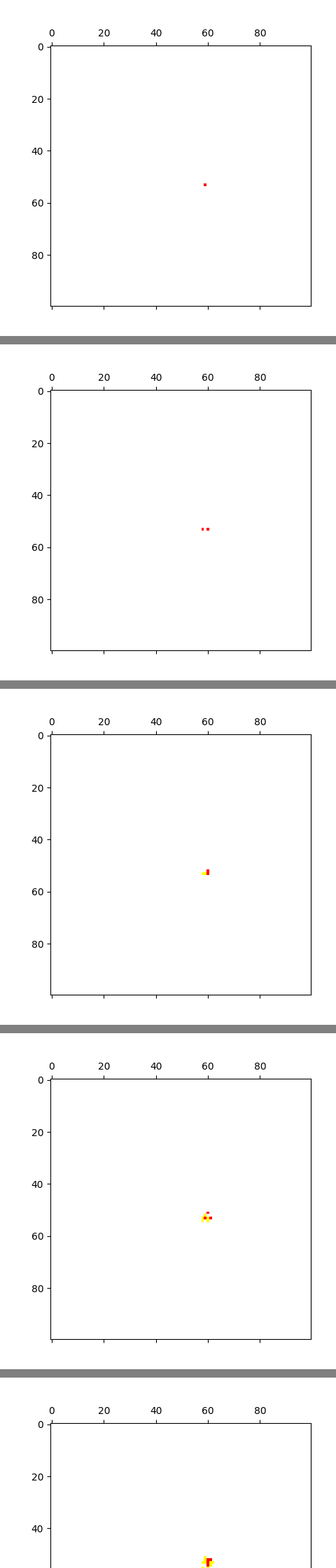
Repository: eduardodut/Trabalho_final_estatistica_cd
Script's output: python src/Simulador.py
The author's editor kept a copy of each file at every save. The script's output is drawn from the files as they stood at one save, then again after the next save.
The pictures show rows 0 to 2240 of an output 3924 px tall, at 70% of full size.
Each picture stacks the figures in order, with grey between them; figures that are only written to a file come last. The script is stopped after its 8th figure. Random numbers start from a fixed seed.

Above is the script's output before, as saved 2020-07-10 19:13:43.

### src/Simulador.py
import pandas as pd
import numpy as np
from Matriz_esferica import Matriz_esferica
from Individuo import Individuo, Fabrica_individuo
import random
from itertools import permutations
import matplotlib.pyplot as plt
from matplotlib.colors import ListedColormap
from scipy.sparse import csr_matrix, lil_matrix




class Simulador():

    def __init__(
        self,
        tamanho_matriz,                 #numero de linhas e colunas da matriz esférica
        percentual_inicial_tipo1,       #percentual inicial da população que será infectada tipo 1
        percentual_inicial_tipo2,       #percentual inicial da população que será infectada tipo 2
        chance_infeccao,                #chance que um infectado tipo 2 tem de infectar um indivíduo saudável
        chance_infeccao_tipo2,          #chance de um indivíduo infectado se tornar contagioso
        chance_morte,                   #chance de um indivíduo tipo 2 morrer ao fim de uma atualização
        atualizacoes_cura):             #número de atualizações necessárias para a cura de um indivíduo tipo 1 ou 2

        self.num_atualizacoes = 0
        self.lista_infectados_tipo_2 = []
        self.lista_infectados_tipo_1 = []
        self.num_curados = 0
        self.num_mortos = 0

        self.chance_infeccao = chance_infeccao
        self.chance_infeccao_tipo2 = chance_infeccao_tipo2
        self.chance_morte = chance_morte

        self.populacao_inicial = int(tamanho_matriz**2)
        self.num_inicial_tipo2 = int(self.populacao_inicial * percentual_inicial_tipo2)
        self.num_inicial_tipo1 = int(self.populacao_inicial * percentual_inicial_tipo1)
        self.num_inicial_sadios = self.populacao_inicial - (self.num_inicial_tipo2 + self.num_inicial_tipo1)
        self.fabrica_individuo = Fabrica_individuo(atualizacoes_cura)



        self.df_individuos = pd.DataFrame(index= range(tamanho_matriz), columns=range(tamanho_matriz))
        self.matriz_status = lil_matrix((tamanho_matriz, tamanho_matriz),dtype= np.uint8)

        self.popular(tamanho_matriz)

        self.lista_matrizes_posicionamento = []





        #objeto que é responsável por validar a movimentação no grid n x n
        self.matriz_esferica = Matriz_esferica(tamanho_matriz)





        dict = {
                'num_sadios':self.num_inicial_sadios,
                'num_infect_t1':self.num_inicial_tipo1,
                'num_infect_t2':self.num_inicial_tipo2,
                'num_curados':0,
                'num_mortos':0}


        #dataframe que guardará os resultados de cada atualização
        self.dataframe = pd.DataFrame(index = [0])
        self.salvar_posicionamento()



    def salvar_posicionamento(self):
        self.lista_matrizes_posicionamento.append(self.matriz_status)


    def verificar_infeccao(self, lista_infectantes):
        lista_novos_infectados_tipo1 = []
        lista_novos_infectados_tipo2 = []
        #itera sobre sobre a lista de individuos que infectam e cada um realiza a tividade de infectar
        for X,Y in lista_infectantes:

            #busca os vizinhos do infectante atual
            lista_vizinhos = self.matriz_esferica.get_vizinhos(X, Y)
            #Para cada vizinho, se ele for sadio, é gerado um número aleatório para verificar se foi infectado
            for x,y in lista_vizinhos:

                #verificação de SADIO
                if self.matriz_status[x,y] == Individuo.SADIO:
                    #verificação do novo status
                    novo_status = self.infectar(chance_infeccao, chance_infeccao_tipo2)
                    #se for um infectado tipo 1
                    if novo_status == Individuo.INFECTADO_TIPO_1:
                        #adiciona na lista de novos tipo 1
                        lista_novos_infectados_tipo1.append((x,y))
                        #modifica o status na matriz de status
                        self.df_individuos.loc[x,y] = self.fabrica_individuo.criar_individuo(Individuo.INFECTADO_TIPO_1,(x,y))
                        self.matriz_status[x,y] = Individuo.INFECTADO_TIPO_1

                    if novo_status == Individuo.INFECTADO_TIPO_2:
                        #adiciona na lista de novos tipo 2
                        lista_novos_infectados_tipo2.append((x,y))
                        #modifica o status na matriz de status
                        self.df_individuos.loc[x,y] = self.fabrica_individuo.criar_individuo(Individuo.INFECTADO_TIPO_2,(x,y))
                        self.matriz_status[x,y] = Individuo.INFECTADO_TIPO_2

        return lista_novos_infectados_tipo1, lista_novos_infectados_tipo2

    def verificar_morte(self, lista_infectantes_tipo2):
        num_mortos = 0
        num_curados = 0
        for x,y in lista_infectantes_tipo2:
            novo_status = self.df_individuos.loc[x,y].checagem_morte(self.chance_morte)
            if novo_status == Individuo.MORTO:
                num_mortos += 1
                self.matriz_status[x,y] = Individuo.MORTO
                lista_infectantes_tipo2.remove((x,y))
            if novo_status == Individuo.CURADO:
                num_curados += 1
                self.matriz_status[x,y] = Individuo.CURADO
                lista_infectantes_tipo2.remove((x,y))

        return num_mortos, num_curados


    def verificar_cura(self, lista_infectantes):
        num_curados = 0
        for x,y in lista_infectantes:
            novo_status = self.df_individuos.loc[x,y].checagem_cura()
            if novo_status == Individuo.CURADO:
                num_curados += 1
                self.matriz_status[x,y] = Individuo.CURADO
                lista_infectantes.remove((x,y))

        return num_curados




    def iterar(self):

        #Verifica os novos infectados a partir dos atuais infectantes na matriz
        lista_novos_infectados_tipo1, lista_novos_infectados_tipo2 = self.verificar_infeccao(self.lista_infectados_tipo_1 + self.lista_infectados_tipo_2)


        #Verifica morte dos tipo 2
        num_mortos_atualizacao, num_curados_t2_atualizacao = self.verificar_morte(self.lista_infectados_tipo_2)



        # #retirar os mortos da atualização da lista de infectados tipo 2
        # self.lista_infectados_tipo_2 = [i for i in self.lista_infectados_tipo_2 if i.status != Individuo.MORTO]

        #atualiza o novo número de mortos
        self.num_mortos += num_mortos_atualizacao


        #Verificar cura
        num_curados_t1_atualizacao = self.verificar_cura(self.lista_infectados_tipo_1)


        # #retirar os curados das lista de infectados tipo 1 e 2
        # self.lista_infectados_tipo_2 = [i for i in self.lista_infectados_tipo_2 if i.status != Individuo.CURADO]
        # self.lista_infectados_tipo_1 = [i for i in self.lista_infectados_tipo_1 if i.status != Individuo.CURADO]

        #adiciona os novos curados na lista geral de curados
        self.num_curados = self.num_curados + num_curados_t1_atualizacao + num_curados_t2_atualizacao



        # self.  #movimentar infectantes:
        for x,y in self.lista_infectados_tipo_1:
            self.mover_infectante((x,y))

        for x,y in self.lista_infectados_tipo_2:
            self.mover_infectante((x,y))


        #adicionar os novos infectados tipo 1 e 2 para as respectivas listas
        self.lista_infectados_tipo_2 = self.lista_infectados_tipo_2 + lista_novos_infectados_tipo2
        self.lista_infectados_tipo_1 = self.lista_infectados_tipo_1 + lista_novos_infectados_tipo1



        num_tipo_1 = len(self.lista_infectados_tipo_1)

        num_tipo_2 = len(self.lista_infectados_tipo_2)

        dict = {
                'num_sadios':self.populacao_inicial - self.num_mortos - self.num_curados - num_tipo_1 - num_tipo_2 ,
                'num_infect_t1':num_tipo_1,
                'num_infect_t2':num_tipo_2,
                'num_curados':self.num_curados,
                'num_mortos':self.num_mortos}

        self.dataframe = self.dataframe.append(dict, ignore_index=True)

        print("num t1: ", num_tipo_1)
        print("num t2: ", num_tipo_2)
        print("num curados: ", self.num_curados)
        print("num mortos: ", self.num_mortos)
        print("---------")
        #salva a nova matriz de status
        self.salvar_posicionamento()

        #adiciona 1 ao número de atualizações realizadas na matriz
        self.num_atualizacoes +=1

    def infectar(self, chance_infeccao, chance_infeccao_tipo2):
        saida = Individuo.SADIO

        #número aleatório para chance de infectar o vizinho
        rng_infeccao = random.random()
        if rng_infeccao <= chance_infeccao:
            #número aleatório para chance de infecção tipo 1 ou 2
            rng_infeccao_tipo2 = random.random()
            if rng_infeccao_tipo2 <= chance_infeccao_tipo2:
                saida = Individuo.INFECTADO_TIPO_2
            else:
                saida = Individuo.INFECTADO_TIPO_1
        return saida

    def popular(self, tamanho_matriz):

        # for index, row in self.df_individuos.iterrows():
        #     for item in row:
        #         item = self.fabrica_individuo.criar_individuo(Individuo.SADIO,(0,0))
        self.df_individuos.iloc[:,:] = self.fabrica_individuo.criar_individuo(Individuo.SADIO,(0,0))


        #lista de possíveis combinações de índices da matriz de dados
        permutacoes = permutations(list(range(tamanho_matriz)),2)
        #conversão para lista de tuplas(x,y)
        lista_indices = list(permutacoes)
        #embaralhamento dos índices
        random.shuffle(lista_indices)

        #cria o primeiro tipo1:
        indice = lista_indices.pop()
        ind_x = indice[0]
        ind_y = indice[1]
        self.lista_infectados_tipo_1.append((ind_x,ind_y))
        print(indice)
        self.df_individuos.loc[ind_x,ind_y] = self.fabrica_individuo.criar_individuo(Individuo.INFECTADO_TIPO_1,(ind_x,ind_y))
        print(self.df_individuos)
        self.matriz_status[ind_x,ind_y] = Individuo.INFECTADO_TIPO_1
        #cria o restante dos tipos 1
        for i in range(1,self.num_inicial_tipo1):
            indice = lista_indices.pop()
            ind_x = indice[0]
            ind_y = indice[1]
            self.lista_infectados_tipo_1.append((ind_x,ind_y))
            self.df_individuos.loc[ind_x,ind_y] = self.fabrica_individuo.criar_individuo(Individuo.INFECTADO_TIPO_1,(ind_x,ind_y))
            self.matriz_status[ind_x,ind_y] = Individuo.INFECTADO_TIPO_1

        #cria o restante dos tipo 2:
        for indice in range(self.num_inicial_tipo2):
            indice = lista_indices.pop()
            ind_x = indice[0]
            ind_y = indice[1]
            self.lista_infectados_tipo_2.append((ind_x,ind_y))
            self.df_individuos.loc[ind_x,ind_y] = self.fabrica_individuo.criar_individuo(Individuo.INFECTADO_TIPO_2,(ind_x,ind_y))
            self.matriz_status[ind_x,ind_y] = Individuo.INFECTADO_TIPO_2


    def trocar_status_localizacao(self,ponto_ini,ponto_final):
        x_ini = ponto_ini[0]
        y_ini = ponto_ini[1]
        x_fin = ponto_final[0]
        y_fin = ponto_final[1]

        aux1 = self.matriz_status[x_fin,y_fin]
        self.matriz_status[x_fin,y_fin] = self.matriz_status[x_ini,y_ini]
        self.matriz_status[x_ini,y_ini] = aux1

        aux2 = self.df_individuos.loc[x_fin,y_fin]
        self.df_individuos.loc[x_fin,y_fin] = self.df_individuos.loc[x_ini,y_ini]
        self.df_individuos.loc[x_ini,y_ini] = aux2



    def mover_infectante(self, posicao_inicial):
        pos_x, pos_y = posicao_inicial[0], posicao_inicial[1]
        rng_posicao = random.random()
        if rng_posicao <=0.25:
            #move pra cima
            pos_x -= 1
        elif rng_posicao <=0.5:
            #move pra baixo
            pos_x += 1
        elif rng_posicao <=0.75:
            #move para esquerda
            pos_y -= 1
        else:
            #move para direita
            pos_y += 1

        novo_x, novo_y = self.matriz_esferica.valida_ponto_matriz(pos_x, pos_y)
        #descobre qual individuo ocupa atualmente a posição para atribuí-lo a posição de quem o está substituindo
        status = self.matriz_status[novo_x, novo_y]
        # if status == Individuo.INFECTADO_TIPO_1:
        #     individuo_ocupante_destino = self.matriz_localizacao[novo_x, novo_y]
        #     print(status)
        #     print(individuo_ocupante_destino)
        #     print(len(self.lista_infectados_tipo_1))

        #     self.lista_infectados_tipo_1[individuo_ocupante_destino].posicao = infectante.posicao
        # elif status == Individuo.INFECTADO_TIPO_2:
        #     individuo_ocupante_destino = self.matriz_localizacao[novo_x, novo_y]
        #     print(status)
        #     print(individuo_ocupante_destino)
        #     print(len(self.lista_infectados_tipo_2))
        #     self.lista_infectados_tipo_2[individuo_ocupante_destino].posicao = infectante.posicao

        # elif status == Individuo.CURADO:
        #     individuo_ocupante_destino = self.matriz_localizacao[novo_x, novo_y]
        #     self.lista_curados[individuo_ocupante_destino].posicao = infectante.posicao
        # elif status == Individuo.MORTO:
        #     individuo_ocupante_destino = self.matriz_localizacao[novo_x, novo_y]
        #     self.lista_matrizes_posicionamento[individuo_ocupante_destino].posicao = infectante.posicao


        self.trocar_status_localizacao(posicao_inicial,(novo_x, novo_y))







chance_infeccao = 0.3
chance_infeccao_tipo2 = 0.2
chance_morte = 0.02
atualizacoes_cura = 10
percentual_inicial_tipo1 = 0.0
percentual_inicial_tipo2 = 0.0


sim = Simulador(
    100,
    percentual_inicial_tipo1,
    percentual_inicial_tipo2,
    chance_infeccao,
    chance_infeccao_tipo2,
    chance_morte,atualizacoes_cura)

#print(sim.lista_matrizes_posicionamento[0])
#print(sim.lista_infectados_tipo_2)
#print(sim.lista_infectados_tipo_1)
cmap = ListedColormap(['w', 'y', 'yellow', 'red'])

for i in range(10):
    plt.matshow(sim.lista_matrizes_posicionamento[i].toarray(), cmap = cmap)
    sim.iterar()

plt.show();

### src/Matriz_esferica.py

import random

class Matriz_esferica():

    def __init__(self, tamanho):
        self.tamanho = tamanho

    def get_vizinho_esquerda(self, indice_x: int, indice_y: int):
        return self.checa_limite_matriz(indice_x), self.checa_limite_matriz(indice_y -1)

    def get_vizinho_direita(self, indice_x: int, indice_y: int):
        return self.checa_limite_matriz(indice_x), self.checa_limite_matriz(indice_y + 1)

    def get_vizinho_cima(self, indice_x: int, indice_y: int):
        return self.checa_limite_matriz(indice_x - 1), self.checa_limite_matriz(indice_y)

    def get_vizinho_baixo(self, indice_x: int, indice_y: int):
        return self.checa_limite_matriz(indice_x + 1), self.checa_limite_matriz(indice_y)

    def get_vizinhos(self, indice_x: int, indice_y: int):

        return self.get_vizinho_cima(indice_x,indice_y), self.get_vizinho_baixo(indice_x,indice_y),  self.get_vizinho_esquerda(indice_x,indice_y), self.get_vizinho_direita(indice_x,indice_y)

    def checa_limite_matriz(self, indice):

        if indice < 0:
            return self.tamanho + indice
        elif indice > self.tamanho - 1:
            return indice - self.tamanho
        else:
            return indice

    def valida_ponto_matriz(self, indice_x: int, indice_y: int):

        return self.checa_limite_matriz(indice_x), self.checa_limite_matriz(indice_y)

    #devolve um ponto aleatório vizinho da matriz a partir do ponto especificado em uma das 8 direções
    def passo(self, indice_x: int, indice_y: int, tamanho_max_passo: int):

        passo_x = tamanho_max_passo if random.random() >=0.5 else -tamanho_max_passo
        passo_y = tamanho_max_passo if random.random() >=0.5 else -tamanho_max_passo
        return self.checa_limite_matriz(indice_x + passo_x), self.checa_limite_matriz(indice_y + passo_y)

### src/Individuo.py
import random

class Individuo():

    SADIO = 0
    INFECTADO_TIPO_1 = 1 #assintomáticos e o infectado inicial
    INFECTADO_TIPO_2 = 2 #sintomático
    CURADO = 3
    MORTO = 4

    def __init__(
        self,
        status,
        atualizacoes_cura,
        posicao):

        self.status = status
        self.atualizacoes_cura = atualizacoes_cura
        self.posicao = posicao
    def __repr__(self):
        return  str(self.status)


    def infectar(self, chance_infeccao, chance_infeccao_tipo2):
        saida = Individuo.SADIO
        if (self.status == Individuo.INFECTADO_TIPO_2 or self.status == Individuo.INFECTADO_TIPO_1):
            #número aleatório para chance de infectar o vizinho
            rng_infeccao = random.random()
            if rng_infeccao <= chance_infeccao:
                #número aleatório para chance de infecção tipo 1 ou 2
                rng_infeccao_tipo2 = random.random()
                if rng_infeccao_tipo2 <= chance_infeccao_tipo2:
                    saida = Individuo.INFECTADO_TIPO_2
                else:
                    saida = Individuo.INFECTADO_TIPO_1



        return saida

    def checagem_morte(self, chance_morte):

        if self.status == Individuo.INFECTADO_TIPO_2:
            rng_morte = random.random()
            if rng_morte <= chance_morte:
                self.status = Individuo.MORTO
                return self.status

        return self.checagem_cura()

    def checagem_cura(self):
        if self.status == Individuo.INFECTADO_TIPO_2 or self.status == Individuo.INFECTADO_TIPO_1:
            self.atualizacoes_cura = self.atualizacoes_cura - 1

            if self.atualizacoes_cura == 0:
                self.status = Individuo.CURADO

        return self.status



class Fabrica_individuo():

    def __init__(
        self,
        atualizacoes_cura):             #número de atualizações necessárias para a cura de um indivíduo tipo 1 ou 2

        self.atualizacoes_cura = atualizacoes_cura

    def criar_individuo(self, status_inicial, posicao):

        return Individuo(
            status_inicial,
            self.atualizacoes_cura,
            posicao)

After the next save:
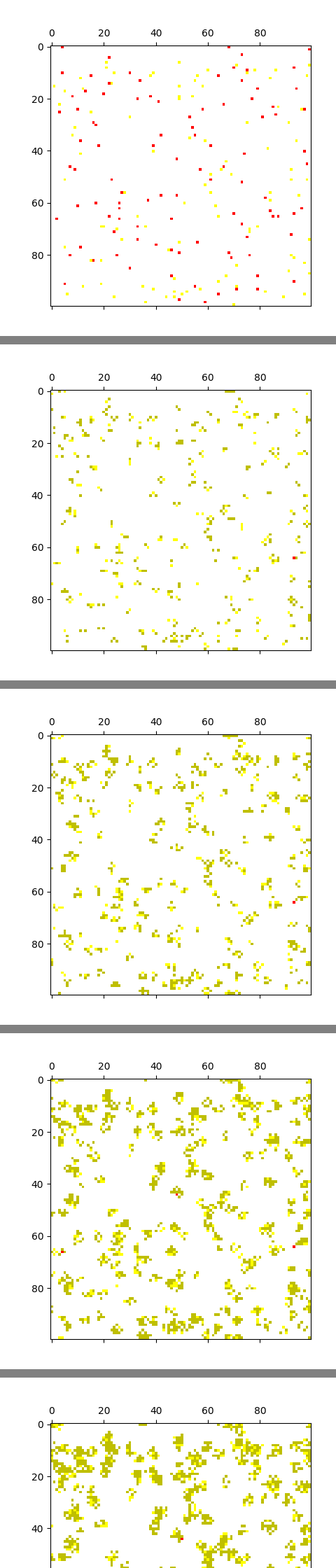
Saved 23 s later.
--- a/src/Simulador.py
+++ b/src/Simulador.py
@@ -335,8 +335,8 @@ chance_infeccao = 0.3
 chance_infeccao_tipo2 = 0.2
 chance_morte = 0.02
 atualizacoes_cura = 10
-percentual_inicial_tipo1 = 0.0
-percentual_inicial_tipo2 = 0.0
+percentual_inicial_tipo1 = 0.01
+percentual_inicial_tipo2 = 0.01
 
 
 sim = Simulador(
